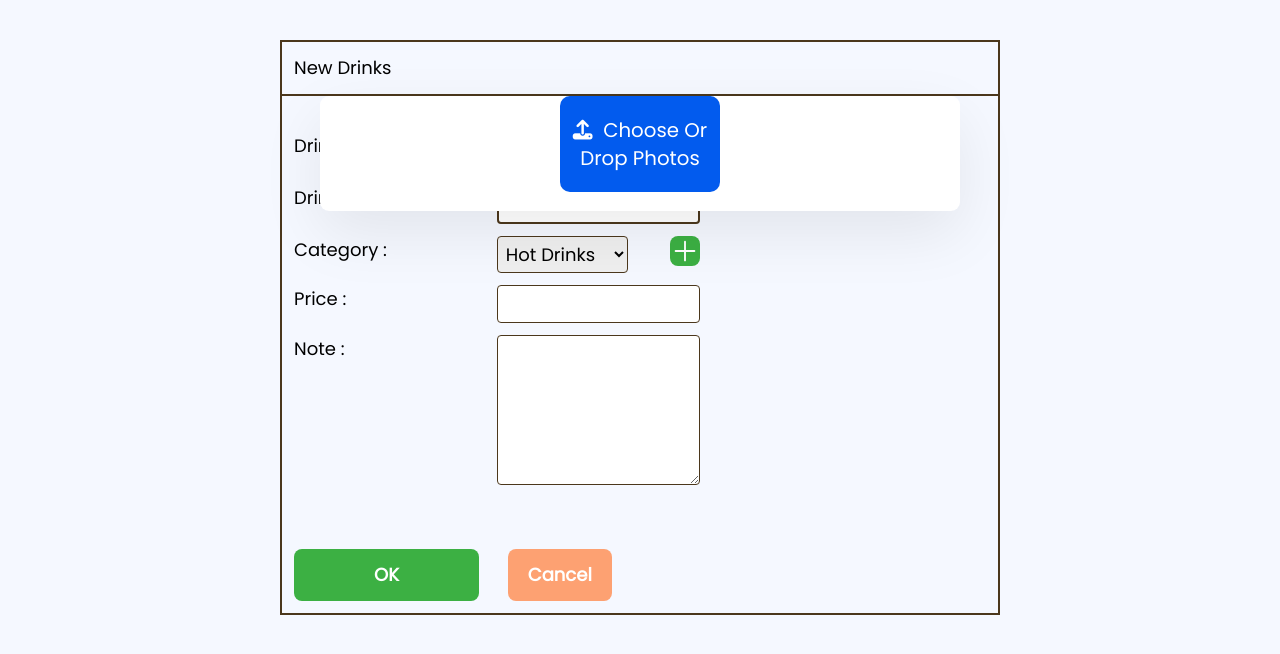
Repository: Dapravith/Midterm-SE-GIC-Cafe-Project-Group16
Page: src/main/resources/templates/addDrink.html
The author's editor kept a copy of each file at every save. The page is drawn from the files as they stood at one save, then again after the next save.
The browser window is 1280 px wide. The pictures show the whole page.
Some web libraries are served in a nearby version.

Above is the page before, as saved 2023-05-16 22:37:45.

### src/main/resources/templates/addDrink.html
<!DOCTYPE html>
<html lang="en">

<head>
    <meta charset="UTF-8">
    <meta http-equiv="X-UA-Compatible" content="IE=edge">
    <meta name="viewport" content="width=device-width, initial-scale=1.0">
    <title>Add New Drink</title>
    <script src="https://cdn.tailwindcss.com"></script>
    <!-- Font Awesome Icons -->
    <link rel="stylesheet" href="https://cdnjs.cloudflare.com/ajax/libs/font-awesome/6.2.0/css/all.min.css" />
    <!-- Google Font -->
    <link href="https://fonts.googleapis.com/css2?family=Poppins&display=swap" rel="stylesheet" />
    <style>
        * {
            padding: 0;
            margin: 0;
            box-sizing: border-box;
            font-family: "Poppins", sans-serif;
        }

        button:hover {
            box-shadow: 0 13px 18px 0 rgba(151, 208, 27, 0.24), 0 19px 50px 0 rgba(238, 227, 21, 0.19);
        }

        body {
            background-color: #f5f8ff;
        }

        .images {
            background-color: #ffffff;
            width: 50%;
            position: absolute;
            transform: translateX(-50%);
            left: 50%;
            right: 50%;
            box-shadow: 0 1.25em 3.43em rgba(0, 0, 0, 0.08);
            border-radius: 0.5em;
            justify-content: right;
        }

        input[type="file"] {
            display: none;
            justify-content: right;
            margin-right: 20px;
            padding-right: 20px;
        }

        .upload-images {
            display: block;
            position: relative;
            background-color: #025bee;
            color: #ffffff;
            font-size: 1.1em;
            text-align: center;
            width: 10rem;
            padding: 1em 0;
            border-radius: 0.5em;
            margin: 0 auto 1em auto;
            cursor: pointer;
        }

        #image-display {
            position: relative;
            width: 5%;
            margin: 0 auto;
            display: flex;
            justify-content: space-evenly;
            gap: 1.5em;
            flex-wrap: wrap;
        }

        #image-display figure {
            width: 10%;
        }

        #image-display img {
            width: 10%;
        }

        #image-display figcaption {
            font-size: 0.5em;
            text-align: center;
            color: #5a5861;
        }

        .active {
            border: 0.2em dashed #025bee;
        }

        #error {
            text-align: center;
            color: #ff3030;
        }
    </style>
</head>

<body class="m-10 text-lg">
    <!-- Crud PRODUCTS -->
    <div class="new_drink w-[60%] h-fit m-auto  border-[2px] border-solid border-[#4B371C] ">
        <div class="head p-3">
            <h2>New Drinks</h2>
        </div>
        <div class="w-[100%] border-[1px] border-solid border-[#4B371C]"></div>
        <div class="flex">
            <div class="add_drink w-[60%]">
                <div class="py-3 ">
                    <form action="#" class="p-3 ">
                        <div class="mt-3 grid grid-cols-2">
                            <label class="mr-5" for="dcode">Drinks code :</label>
                            <input type="text" id="dcode" name="" class="p-1 border-[2px] border-solid border-[#4B371C] rounded" placeholder="">
                        </div>
                        <div class="mt-3 grid grid-cols-2">
                            <label class="mr-5" for="dname">Drinks name :</label>
                            <input type="text" id="dname" name="" class="p-1 border-[2px] border-solid border-[#4B371C] rounded" placeholder="">
                        </div>
                        <div class="mt-3 grid grid-cols-2">
                            <label class="mr-5" for="category">Category :</label>
                            <div class="flex justify-between">
                                <select type="add-item" id="category" name="" class="p-1 border-[1px] border-solid border-[#4B371C] rounded" placeholder="">
                                    <option value="1">Hot Drinks</option >
                                    <option value="2" >Cool Drinks</option >
                                    <option value="3" >Frappe</option >
                                    <option value="4" >Food</option >
                                </select>
                                <button id="add_category" class=" w-fit h-fit bg-[#3CB043] text-center text-white font-bold cursor-pointer duration-100 rounded-lg">
                                    <svg xmlns="http://www.w3.org/2000/svg" fill="none" viewBox="0 0 24 24" stroke-width="1.5" stroke="currentColor" class="w-[30px] h-[30px] " onclick="showPopup()">
                                        <path stroke-linecap="round" stroke-linejoin="round" d="M12 4.5v15m7.5-7.5h-15" />
                                    </svg>
                                </button>

                            </div>

                        </div>

                        <div class="mt-3 grid grid-cols-2">
                            <label class="mr-5" for="price">Price :</label>
                            <input name="" min="0" type="number" id="price" class="p-1 border-[1px] border-solid border-[#4B371C] rounded" placeholder="">
                        </div>
                        <div class="mt-3 grid grid-cols-2">
                            <label class="mr-5" for="note">Note :</label>
                            <textarea id="note" cols="50" rows="5" name="" class="p-1 w-full border-[1px] border-solid border-[#4B371C] rounded resize-x"> </textarea>
                        </div>
                    </form>
                </div>
                <br />
                <div>
                    <button class=" py-3 bg-[#3CB043] text-center text-white font-bold px-20 m-3 inline-block cursor-pointer duration-100 rounded-lg">OK</button>
                    <button class=" py-3 px-5 bg-[#FDA172] text-center text-white  font-bold p-3 m-3 inline-block cursor-pointer duration-100 rounded-lg">Cancel</button>
                </div>
            </div>
            <div class="images">
                <input type="file" id="upload-button" multiple accept="image/*" />
                <label class="upload-images" for="upload-button"><i class="fa-solid fa-upload"></i>&nbsp; Choose Or Drop Photos
                </label>
                <div id="error"></div>
                <div id="image-display"></div>
            </div>
        </div>
    </div>
    </div>
    <!-- ADD NEW CATEGORY -->
    <div class="popup w-[100vw] h-[100vh] absolute top-[0] left-[0] bg-[#f1f1f199] hidden z-[100]">
        <main class="w-[20rem] absolute top-[50%] left-[50%] translate-x-[-50%] translate-y-[-50%]">
            <div class="none w-full h-fit m-auto  border-[2px] border-solid border-[#4B371C]">
                <div class="head p-3">
                    <h2>New Category</h2>
                </div>
                <div class="w-[100%] border-[1px] border-solid border-[#4B371C]"></div>
                <div class=" ">
                    <form action="#" class="add_category p-3">
                        <div class="mt-3 grid grid-cols-2">
                            <label for="gcode">Category code :</label>
                            <input type="text" id="dcode" name="" class="category_code border-[1px] border-solid border-[#4B371C] rounded" placeholder="" required>
                        </div>
                        <div class="mt-3 grid grid-cols-2">
                            <label for="gname">Category name :</label>
                            <input type="text" id="gname" name="" class="category_name border-[1px] border-solid border-[#4B371C] rounded" placeholder="" required>
                        </div>
                        <br />
                        <div class="flex">
                            <input id="okay" type="submit" value="OK" class=" py-3 bg-[#3CB043] text-center font-bold text-white px-16 in m-3 p-3 line-block cursor-pointer duration-100 rounded-lg">
                            <button class="cancel py-3 px-5 bg-[#FDA172] text-center font-bold text-white p-3 m-3 inline-block cursor-pointer duration-100 rounded-lg">Cancel</button>
                        </div>
                    </form>
                </div>
            </div>
        </main>

    </div>
    <script>
        const addNewCat = document.getElementById("add_category");
        const popup = document.querySelector(".popup");
        const form_add_category = document.querySelector(".add_category ");

        addNewCat.addEventListener("click", showPopup);

        function showPopup() {
            popup.classList.remove('hidden')
        }

        form_add_category.addEventListener("submit", () => {
            clear()
            popup.classList.add('hidden')
        });

        document.querySelector('.cancel').addEventListener('click', () => {
            clear()
            popup.classList.add('hidden')
        })

        popup.addEventListener('click', (e) => {
            const target = e.target;

            if (target.classList.contains('popup')) {
                popup.classList.add('hidden')
            }
        })

        const clear = () => {
            document.querySelector('.category_name').value = ""
            document.querySelector('.category_code').value = ""
        }

        let uploadButton = document.getElementById("upload-button");
        let chosenImage = document.getElementById("chosen-image");
        let fileName = document.getElementById("file-name");
        let container = document.querySelector(".images");
        let error = document.getElementById("error");
        let imageDisplay = document.getElementById("image-display");

        const fileHandler = (file, name, type) => {
            if (type.split("/")[0] !== "image") {
                //File Type Error
                error.innerText = "Please upload an image file";
                return false;
            }
            error.innerText = "";
            let reader = new FileReader();
            reader.readAsDataURL(file);
            reader.onloadend = () => {
                //image and file name
                let imageContainer = document.createElement("figure");
                let img = document.createElement("img");
                img.src = reader.result;
                imageContainer.appendChild(img);
                imageContainer.innerHTML += `<figcaption>${name}</figcaption>`;
                imageDisplay.appendChild(imageContainer);
            };
        };

        //Upload Button
        uploadButton.addEventListener("change", () => {
            imageDisplay.innerHTML = "";
            Array.from(uploadButton.files).forEach((file) => {
                fileHandler(file, file.name, file.type);
            });
        });

        container.addEventListener(
            "dragenter",
            (e) => {
                e.preventDefault();
                e.stopPropagation();
                container.classList.add("active");
            },
            false
        );

        container.addEventListener(
            "dragleave",
            (e) => {
                e.preventDefault();
                e.stopPropagation();
                container.classList.remove("active");
            },
            false
        );

        container.addEventListener(
            "dragover",
            (e) => {
                e.preventDefault();
                e.stopPropagation();
                container.classList.add("active");
            },
            false
        );

        container.addEventListener(
            "drop",
            (e) => {
                e.preventDefault();
                e.stopPropagation();
                container.classList.remove("active");
                let draggedData = e.dataTransfer;
                let files = draggedData.files;
                imageDisplay.innerHTML = "";
                Array.from(files).forEach((file) => {
                    fileHandler(file, file.name, file.type);
                });
            },
            false
        );

        window.onload = () => {
            error.innerText = "";
        };
    </script>
</body>

</html>

After the next save:
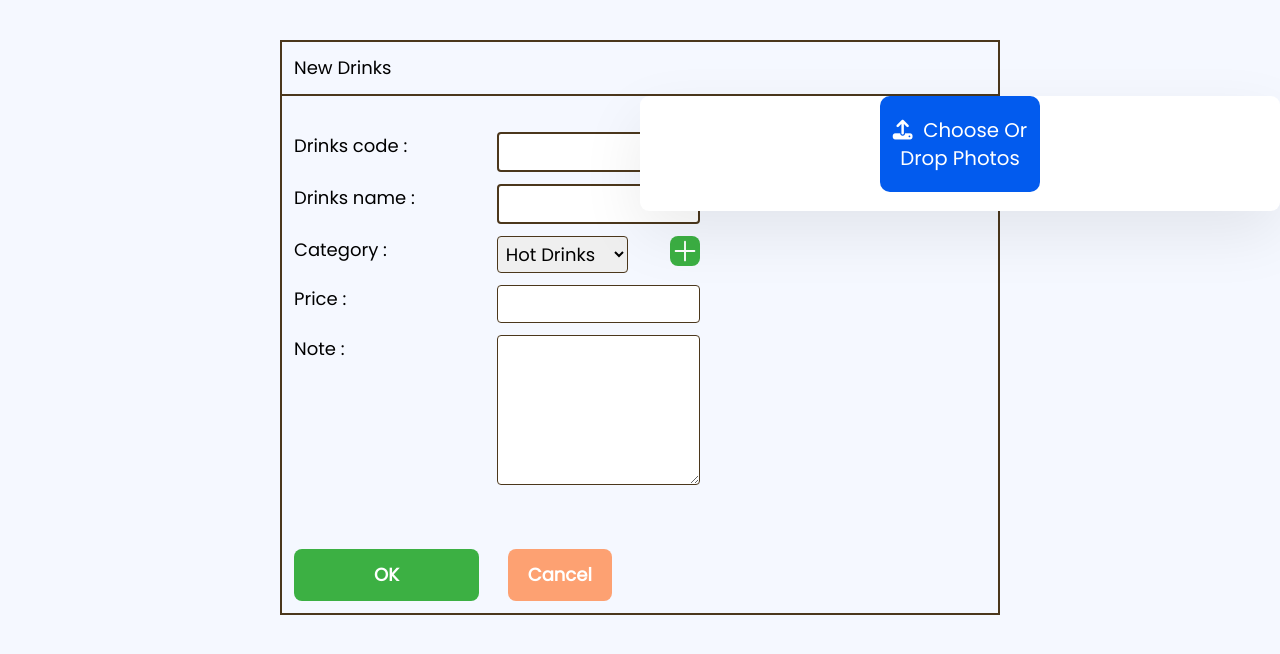
Saved 18 s later.
--- a/src/main/resources/templates/addDrink.html
+++ b/src/main/resources/templates/addDrink.html
@@ -31,7 +31,7 @@
             background-color: #ffffff;
             width: 50%;
             position: absolute;
-            transform: translateX(-50%);
+            transform: translateX(-50%, 50%);
             left: 50%;
             right: 50%;
             box-shadow: 0 1.25em 3.43em rgba(0, 0, 0, 0.08);
